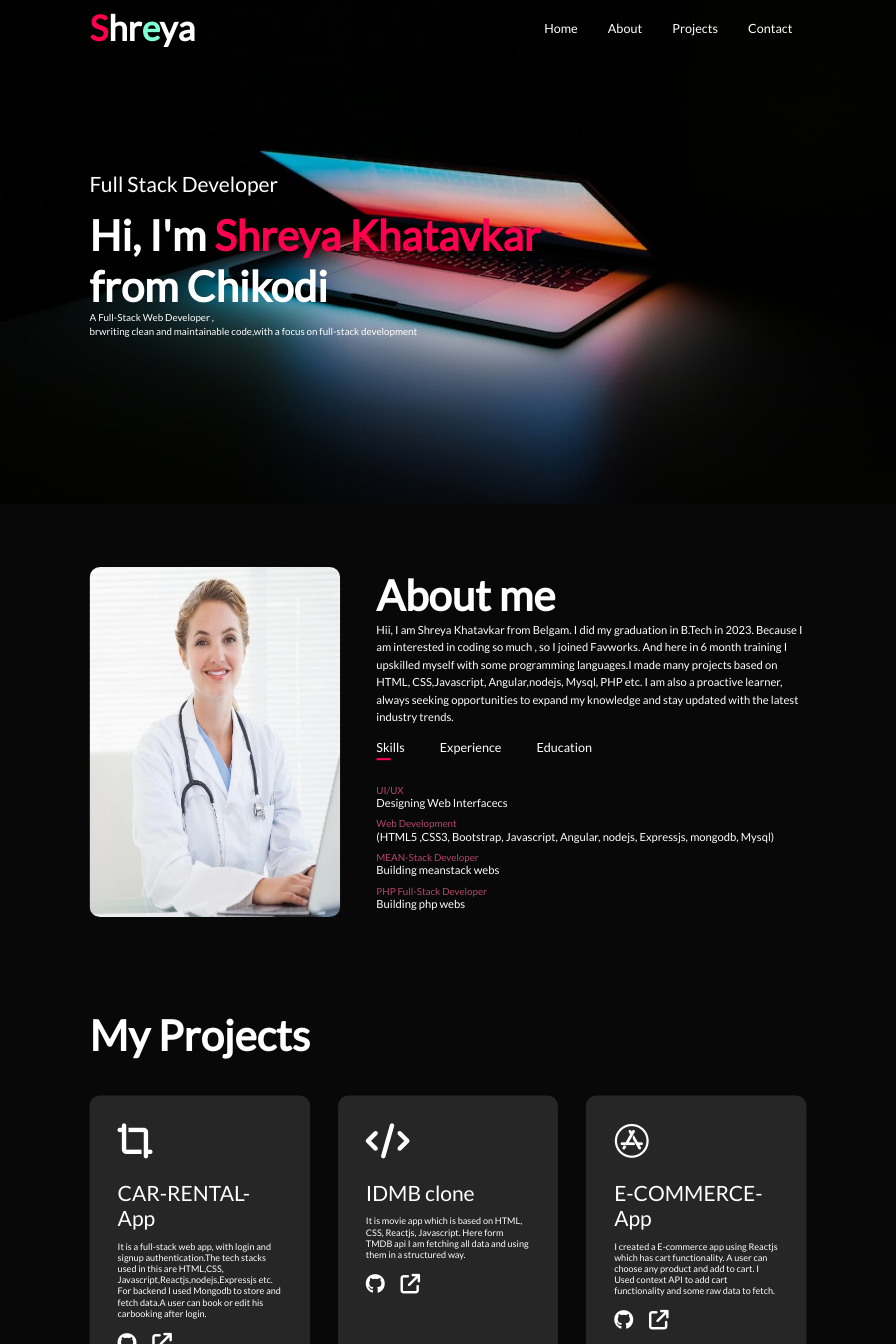
Repository: Shreya-0107/My-Portfoilo
Page: index.html
An editor plug-in stored every save of this project. The page is shown before and after the next save, followed by the edit.
The browser window is 1280 px wide. The pictures show the part of the page from y = 0 to 1920 px (the page is 3302 px tall), at 70% of full size.
Some web libraries are served in a nearby version.

Above is the page before, as saved 2024-05-03 13:03:54.

After the next save:
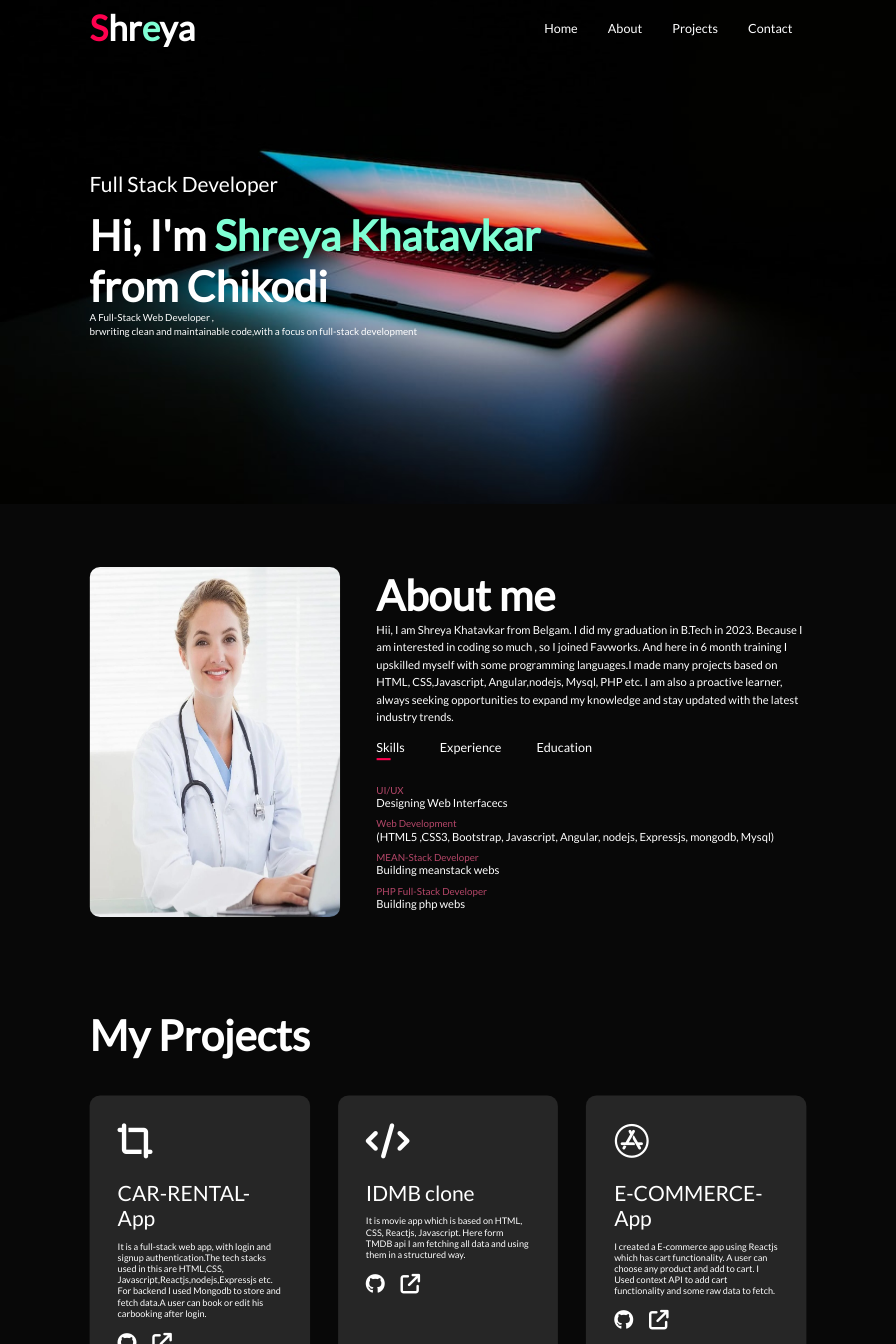
Saved 3 min 55 s later.
--- a/style.css
+++ b/style.css
@@ -67,7 +67,7 @@
   margin-top: 20px;
 }
 .header-text h1 span {
-  color: #ff004f;
+  color: aquamarine;
 }
 
 /* ---------------about-------------- */

After the save that followed:
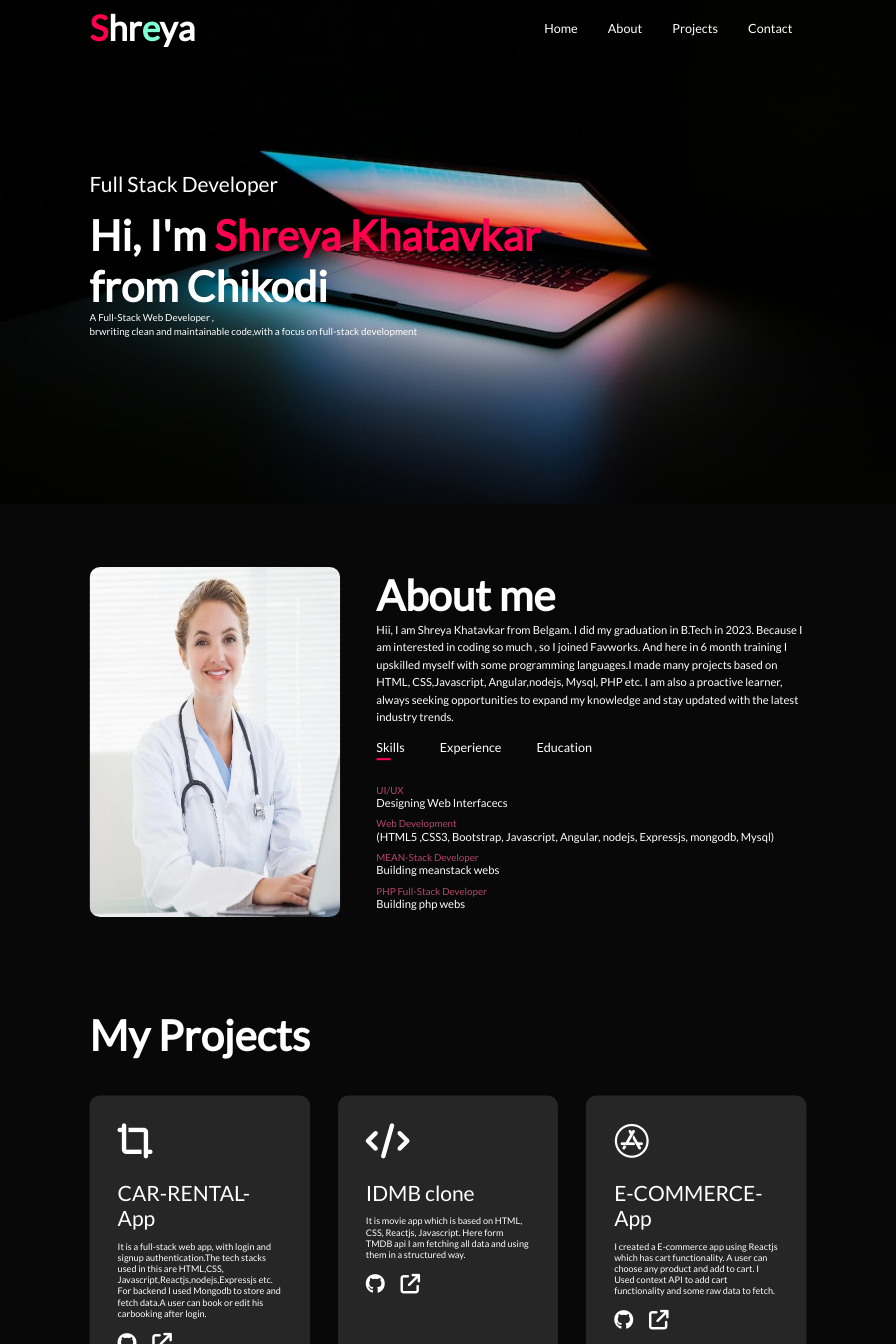
Saved 29 s later.
--- a/style.css
+++ b/style.css
@@ -67,7 +67,7 @@
   margin-top: 20px;
 }
 .header-text h1 span {
-  color: aquamarine;
+  color: #ff004f;
 }
 
 /* ---------------about-------------- */
